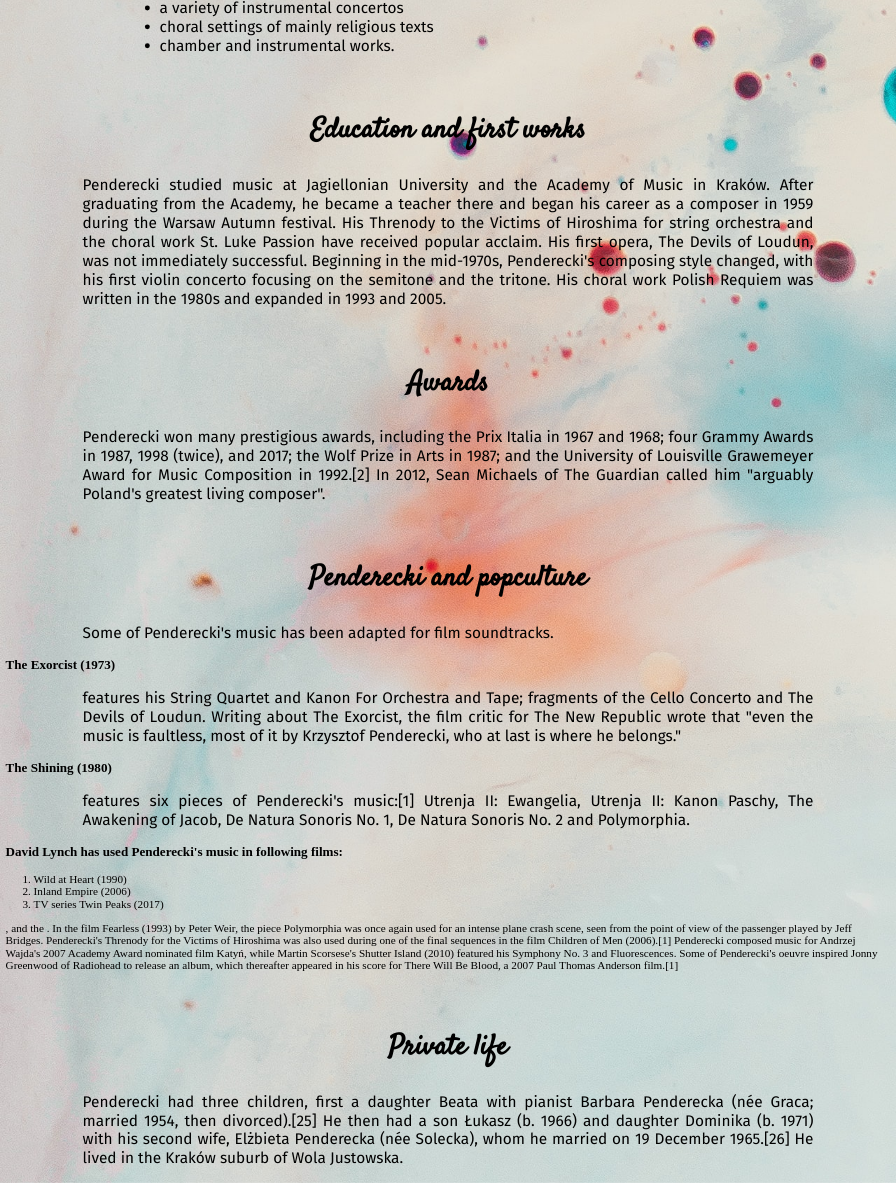
Repository: justynke/tribute_page
Page: index.html
The author's editor kept a copy of each file at every save. The page is drawn from the files as they stood at one save, then again after the next save.
The browser window is 1280 px wide. The pictures show the part of the page from y = 817 to 2737 px (the page is 2507 px tall before and 2737 px after), at 70% of full size.

Above is the page before, as saved 2020-04-23 00:26:01.

After the next save:
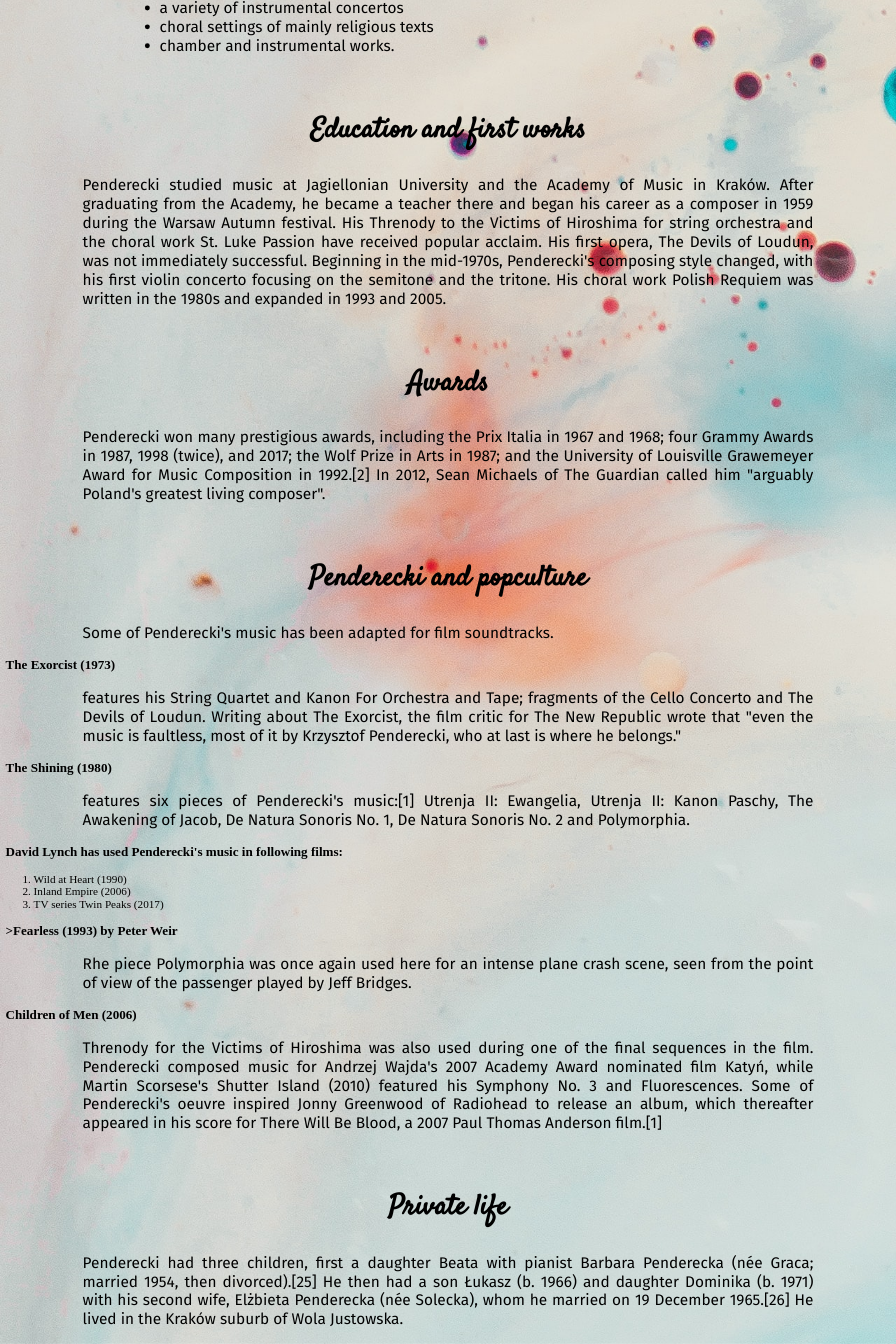
Saved 112 s later.
--- a/index.html
+++ b/index.html
@@ -46,7 +46,11 @@
         <li>Wild at Heart (1990)</li>
         <li>Inland Empire (2006)</li>
         <li>TV series Twin Peaks (2017)</li>
-    </ol>, and the . In the film Fearless (1993) by Peter Weir, the piece Polymorphia was once again used for an intense plane crash scene, seen from the point of view of the passenger played by Jeff Bridges. Penderecki's Threnody for the Victims of Hiroshima was also used during one of the final sequences in the film Children of Men (2006).[1] Penderecki composed music for Andrzej Wajda's 2007 Academy Award nominated film Katyń, while Martin Scorsese's Shutter Island (2010) featured his Symphony No. 3 and Fluorescences.
+    </ol>
+    <h3>>Fearless (1993) by Peter Weir</h3>
+    <p>Rhe piece Polymorphia was once again used here for an intense plane crash scene, seen from the point of view of the passenger played by Jeff Bridges. </p>
+    <h3>Children of Men (2006)</h3>
+     <p>Threnody for the Victims of Hiroshima was also used during one of the final sequences in the film. Penderecki composed music for Andrzej Wajda's 2007 Academy Award nominated film Katyń, while Martin Scorsese's Shutter Island (2010) featured his Symphony No. 3 and Fluorescences.
 
     Some of Penderecki's oeuvre inspired Jonny Greenwood of Radiohead to release an album, which thereafter appeared in his score for There Will Be Blood, a 2007 Paul Thomas Anderson film.[1]</p>
 
